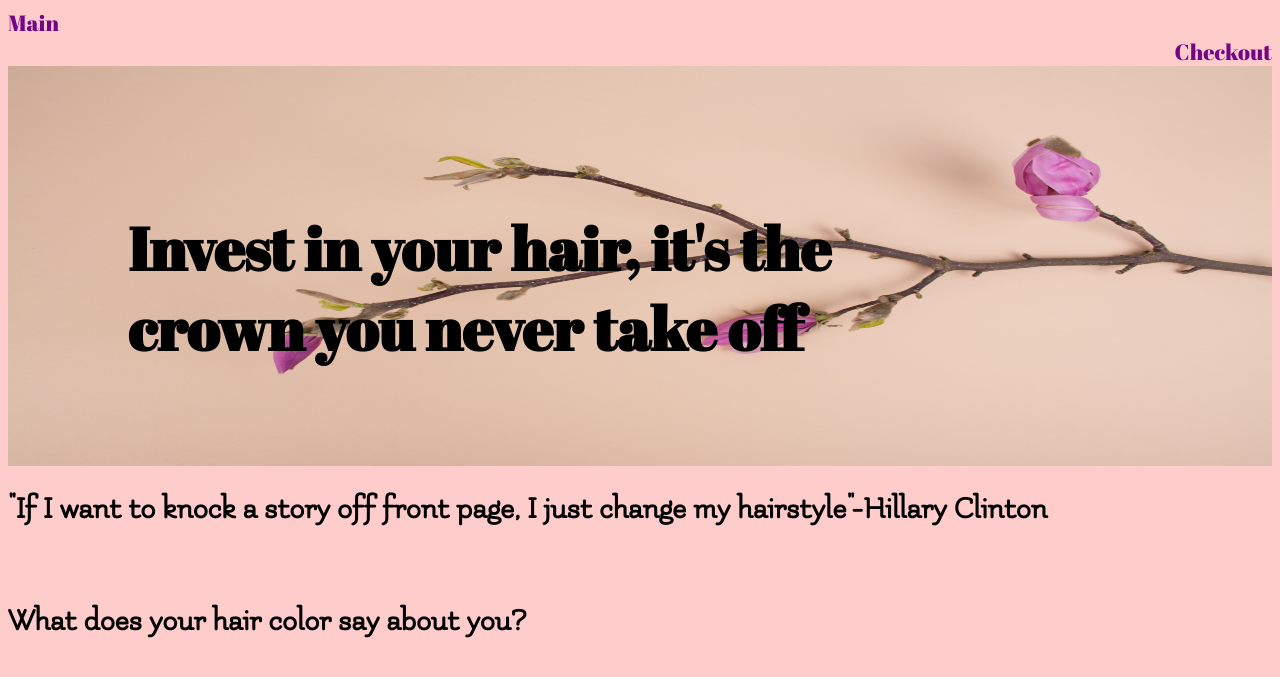
Repository: aarushi-07/Hair-and-Spa-booking-system
Page: http://localhost/salon/WEB-INF/jsp/hair.jsp
The author's editor kept a copy of each file at every save. The page is drawn from the files as they stood at one save, then again after the next save.
The browser window is 1280 px wide. The pictures show the whole page.
The page is served by Tomcat 9. Nobody is signed in. Other server files are loaded and not shown. The template is opened directly, without the code that normally fills it, so the values that code supplies are empty.

Above is the page before, as saved 2020-07-10 11:37:28.

### salon/src/main/webapp/WEB-INF/jsp/hair.jsp
<%@ taglib uri="http://java.sun.com/jsp/jstl/core" prefix="c"%>
<%@ page language="java" contentType="text/html; charset=ISO-8859-1"
	pageEncoding="ISO-8859-1"%>

<!DOCTYPE html>
<html>
<head>
<meta charset="ISO-8859-1">
<title>Haircut is all you need</title>
<link rel="stylesheet" href="../resources/css/all.css" />


<style>

table{
align:"center";
width: 70%;
font-size: 30px;
}
th {
  text-align: "centre";
}

@font-face {
	font-family: 'Abril Fatface';
	src : url("../resources/font/AbrilFatface-Regular.ttf");
}

@font-face{
    font-family: "Margarine";
    src: url("../resources/font/Margarine-Regular.ttf");
}

@font-face{
    font-family: "Nosifer";
    src: url("../resources/font/Nosifer-Regular.ttf");
}

@font-face{
    font-family: "Flamenco";
    src: url("../resources/font/Flamenco-Regular.ttf");
}

 @font-face{
    font-family: "Aref Ruqaa";
    src: url("../resources/font/ArefRuqaa-Regular.ttf");
}

</style>
</head>
<body>
	<div>
		<a href="salon">Main</a>
	</div>
	<div class="divSer">
		<a href="checkout">Checkout</a>
	</div>

	<div class="abril">
	<img src="../resources/images/bg.jpg" width=100% height=400px>
	<div class="centeredHair"><h1> Invest in your hair, it's the crown you never
		take off </h1></div>
	</div>

	<h1 class="flamenco">"If I want to knock a story off front page, I just change my
		hairstyle"-Hillary Clinton</h1>
	<table align="center" class="arefruqaa">

		<c:forEach items="${style}" var="h">
			<tr>
				<td><img src="${h.img}" width="240" height="300" /></td>
				<td>${h.type}</td>
				<td>${h.price}</td>

			</tr>
		</c:forEach>
	</table>

	<br>
	<br>

	<h1 class="flamenco">What does your hair color say about you?</h1>
	<table align="center" class="arefruqaa">



		<c:forEach items="${color}" var="c">
			<tr>
				<td>${c.type}</td>
				<td>${c.price}</td>
				<td><img src="${c.img }" width="240" height="300" /></td>

			</tr>
		</c:forEach>
	</table>

</body>
</html>

### salon/src/main/webapp/resources/css/all.css
@charset "ISO-8859-1";

@font-face{
    font-family: "Margarine";
    src: url("../resources/font/Margarine-Regular.ttf");
}

@font-face{
    font-family: "Abril Fatface";
    src: url("../resources/font/AbrilFatface-Regular.ttf");
}


@font-face{
    font-family: "Nosifer";
    src: url("../resources/font/Nosifer-Regular.ttf");
}

@font-face{
    font-family: "Flamenco";
    src: url("../resources/font/Flamenco-Regular.ttf");
}

@font-face{
    font-family: "Aref Ruqaa";
    src: url("../resources/font/ArefRuqaa-Regular.ttf");
}

.arefruqaa
{
	font-family: "Aref Ruqaa";
}

.flamenco
{
	font-family: "Flamenco";
}

.nosifer{
	font-family: "Nosifer";
	text-align: center;
}

.abril {
	font-family: 'Abril Fatface';
}


.margarine {
	font-family: "Margarine";
}

.divSer {
	border: none;
	text-align: right;
	font-family: "Abril Fatface";
	font-size: 22px;
}

a:link {
	text-decoration: none;
	font-family: "Abril Fatface";
	font-size: 22px;
	color: #740685;
}

a:hover {
	 color: #002733;

}

body {
	 background-color: #ffcccc ;
}

.centered {
  position: absolute;
  top: 35%;
  left: 50%;
  transform: translate(-50%, -50%);
}
.centeredHair {
  position: absolute;
  top: 40%;
  left: 40%;
  transform: translate(-50%, -50%);
  font-size: 30px;
}

After the next save:
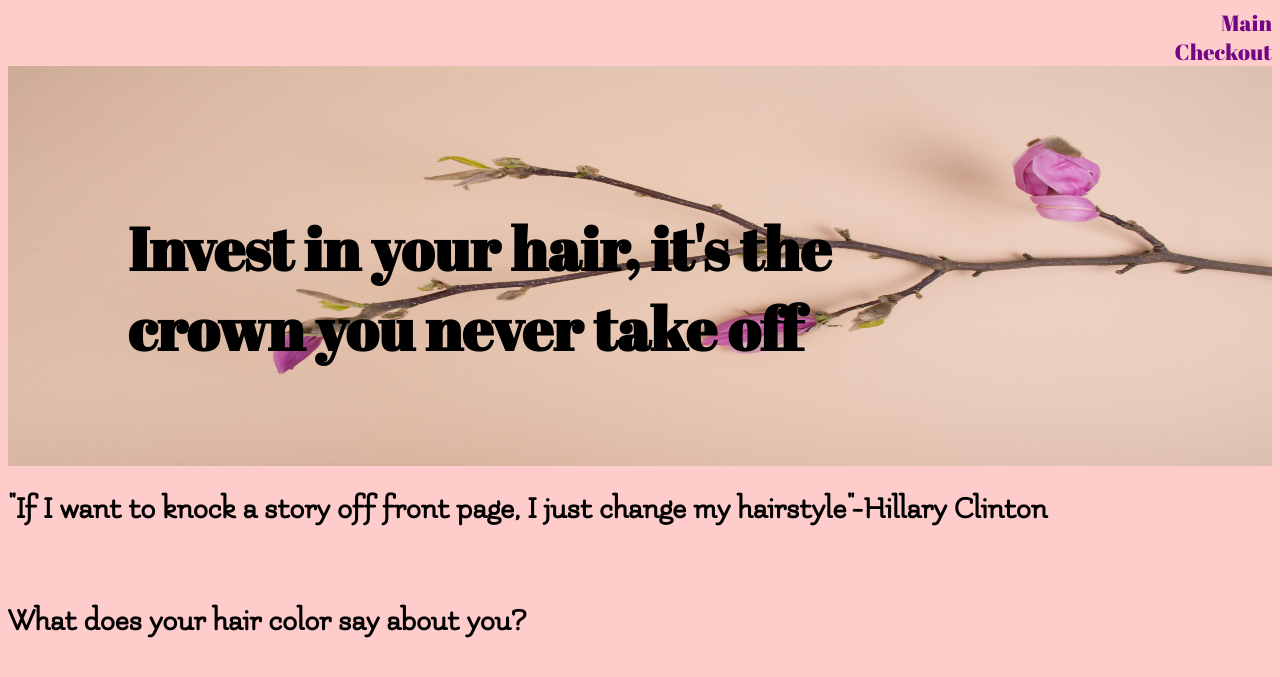
Saved 50 s later.
--- a/salon/src/main/webapp/WEB-INF/jsp/hair.jsp
+++ b/salon/src/main/webapp/WEB-INF/jsp/hair.jsp
@@ -49,7 +49,7 @@
 </style>
 </head>
 <body>
-	<div>
+	<div class="divSer">
 		<a href="salon">Main</a>
 	</div>
 	<div class="divSer">

After the save that followed:
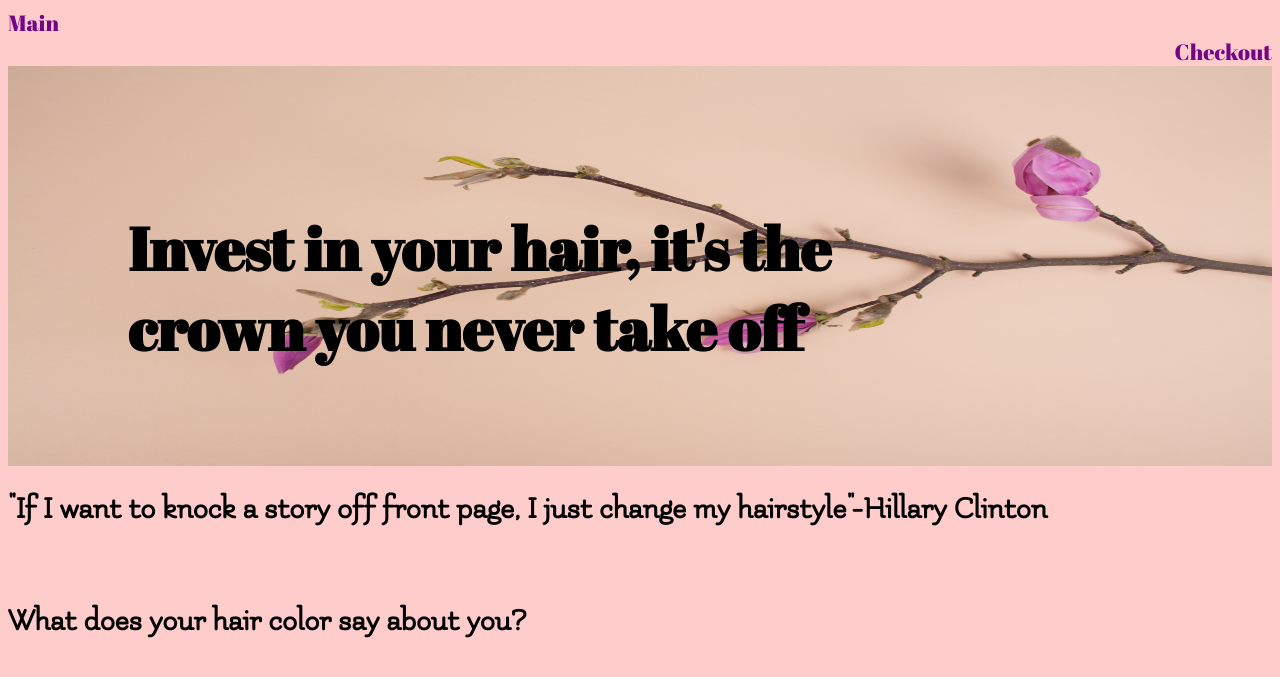
Saved 18 s later.
--- a/salon/src/main/webapp/WEB-INF/jsp/hair.jsp
+++ b/salon/src/main/webapp/WEB-INF/jsp/hair.jsp
@@ -49,7 +49,7 @@
 </style>
 </head>
 <body>
-	<div class="divSer">
+	<div>
 		<a href="salon">Main</a>
 	</div>
 	<div class="divSer">
